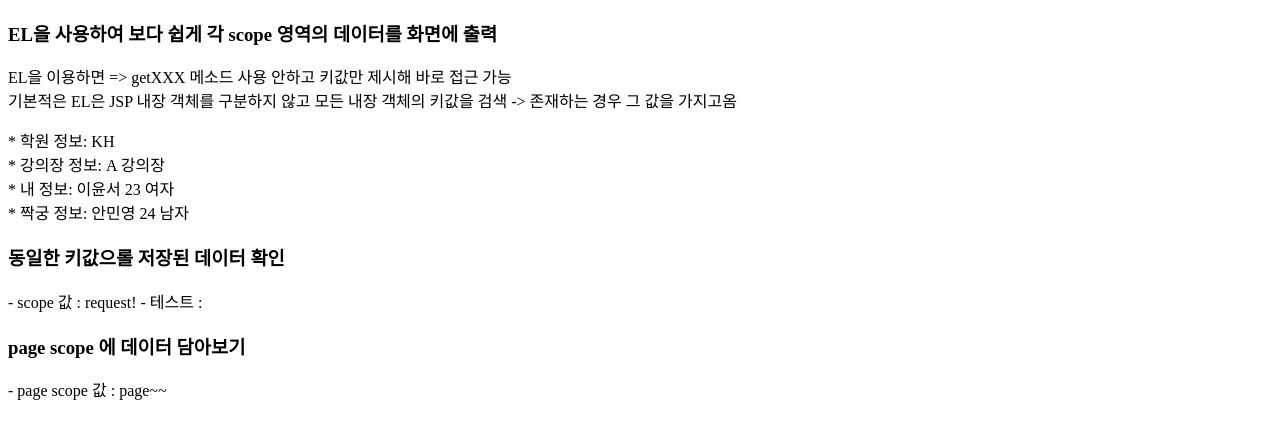
Repository: yoonseo0832/workspace
Page: http://localhost/2_jsp/el.do
The author's editor kept a copy of each file at every save. The page is drawn from the files as they stood at one save, then again after the next save.
The browser window is 1280 px wide. The pictures show the whole page.
The page is served by Tomcat 9.

Above is the page before, as saved 2025-03-20 03:40:10.

### 05_server/2_jsp/src/main/webapp/views/2_EL/1_el.jsp
<%@ page language="java" contentType="text/html; charset=UTF-8"
    pageEncoding="UTF-8"%>
<%@ page import="model.vo.Student" %> <!-- 여러 개는 ,로 구분 -->
<!DOCTYPE html>
<html>
<head>
<meta charset="UTF-8">
<title>EL 기본 문법</title>
</head>
<body>
	<%--
	<h3>기존 방식(스크립틀릿, 표현식)으로 각 영역의 scope의 데이터를 화면에 출력</h3>
	<%
		//request scope의 데이터를 가져오기
		String classroom = (String)request.getAttribute("classroom");
		Student student = (Student)request.getAttribute("student");

		// session scope 의 데이터 가져오기
		String academy = (String)session.getAttribute("academy");
		Student std2 = (Student)session.getAttribute("student2");
	%>

	<p>
		* 학원 정보: <%=academy %><br>
		* 강의장 정보:  <%=classroom %><br>
		* 내 정보: <%=std2.getName() %>, <%=std2.getAge() %>, <%=std2.getGender() %><br>
		* 짝궁 정보: <%=student %><br>
	</p>
	--%>
	<h3>EL을 사용하여 보다 쉽게 각 scope 영역의 데이터를 화면에 출력</h3>
	<p>
		EL을 이용하면 => getXXX 메소드 사용 안하고 키값만 제시해 바로 접근 가능<br>
		기본적은 EL은 JSP 내장 객체를 구분하지 않고 모든 내장 객체의 키값을 검색 -> 존재하는 경우 그 값을 가지고옴
	</p>
	<p>
		* 학원 정보: ${ academy }<br>
		* 강의장 정보:  ${ classroom }<br>
		* 내 정보:	${ student2.name } ${ student2.age } ${ student2.gender }<br>
		* 짝궁 정보:	${ student.name } ${ student.age } ${ student.gender }
	</p>
	<h3>동일한 키값으롤 저장된 데이터 확인</h3>
	- scope 값 : ${scope}
	<!--
		EL 에서는 동일한 키값으로 저장된 데이터가 있는 경우
			- 공유 범위가 가장 작은 scope부터 검색 을 함
			page > request > session > application 순서대로 검색함
	 -->
	 - 테스트 : ${test }
	 <!-- 키값이 해당하는 값이 없을 경우 빈 값으로 표시됨 -->

	 <h3>page scope 에 데이터 담아보기</h3>
	 <%
	 	pageContext.setAttribute("scope", "page~~");
	 %>
	 - page scope 값 : ${scope}
</body>
</html>

### 05_server/2_jsp/src/main/java/controller/ELServlet.java
package controller;

import java.io.IOException;

import javax.servlet.ServletContext;
import javax.servlet.ServletException;
import javax.servlet.annotation.WebServlet;
import javax.servlet.http.HttpServlet;
import javax.servlet.http.HttpServletRequest;
import javax.servlet.http.HttpServletResponse;
import javax.servlet.http.HttpSession;

import model.vo.Student;

/**
 * Servlet implementation class ELServlet
 */
@WebServlet("/el.do")
public class ELServlet extends HttpServlet {
	private static final long serialVersionUID = 1L;

    /**
     * @see HttpServlet#HttpServlet()
     */
    public ELServlet() {
        super();
        // TODO Auto-generated constructor stub
    }

	/**
	 * @see HttpServlet#doGet(HttpServletRequest request, HttpServletResponse response)
	 */
	protected void doGet(HttpServletRequest request, HttpServletResponse response) throws ServletException, IOException {
		// TODO Auto-generated method stub
		/*
		 * JSP 내장 객체 종류
		 * => 데이터를 담을 수 있는 공간
		 *
		 * 1)  ServletContext (application scope)
		 * 		: 한 어플리케이션 당 1개 존재하는 객체
		 * 		해당 영역에 데이터를 담을 경우 어플리케이션 전역에서 사용 가능
		 * 2) HttpSession (session scope)
		 * 		: 한 브라우저 당 1개 존재하는 객체
		 * 		해당 영역에 데이터를 담을 경우 jsp/servlet 단에서 사용 가능*(공유 가능 범위)
		 * 3) HttpServletRequest (request scope)
		 * 		: 요청마다 매번 생성되는 객체
		 * 		해당 영역에 데이터를 담을 경우 request 객체를 포워딩 받는 응답 jsp에서만 사용 가능
		 * 4) PageContext (page scope)
		 * 		:  jsp 마다 존재하는 객체
		 * 		해당 페이지에서만 사용 가능
		 * ---------------------------------------------------------------------
		 * 위의 4개의 객체들에
		 * 		데이터를 담을 때 xxx.setAttribute("키값", "데이터");
		 * 		데이터를 꺼낼 때 xxx.getAttribute("키값");
		 * 		데이터를 지울 때 xxx.removeAttribute("키값");
		 */

		// request scope 에 데이터 담기
		request.setAttribute("classroom", "A 강의장");
		request.setAttribute("student", new Student("안민영", 24, "남자"));

		//session scope 에 데이터 담기
		HttpSession session = request.getSession();

		session.setAttribute("academy", "KH");

		session.setAttribute("student2", new Student("이윤서", 23, "여자"));

		// request, session scope에 동일한 키값으로 데이터 담기
		request.setAttribute("scope", "request!");
		session.setAttribute("scope", "session!");

		// application scope 에 데이터 담기
		ServletContext application = request.getServletContext();
		application.setAttribute("scope", "application!");

		// jsp 페이지로 응답하기
		request.getRequestDispatcher("/views/2_EL/1_el.jsp").forward(request, response);
	}

	/**
	 * @see HttpServlet#doPost(HttpServletRequest request, HttpServletResponse response)
	 */
	protected void doPost(HttpServletRequest request, HttpServletResponse response) throws ServletException, IOException {
		// TODO Auto-generated method stub
		doGet(request, response);
	}

}

### 05_server/2_jsp/src/main/java/model/vo/Student.java
package model.vo;

public class Student {
	private String name;
	private int age;
	private String gender;

	public Student() {
		super();
	}

	public Student(String name, int age, String gender) {
		this.name = name;
		this.age = age;
		this.gender = gender;
	}

	public String getName() {
		return name;
	}

	public void setName(String name) {
		this.name = name;
	}

	public int getAge() {
		return age;
	}

	public void setAge(int age) {
		this.age = age;
	}

	public String getGender() {
		return gender;
	}

	public void setGender(String gender) {
		this.gender = gender;
	}

	@Override
	public String toString() {
		return "Student [name=" + name + ", age=" + age + ", gender=" + gender + "]";
	}

}

After the next save:
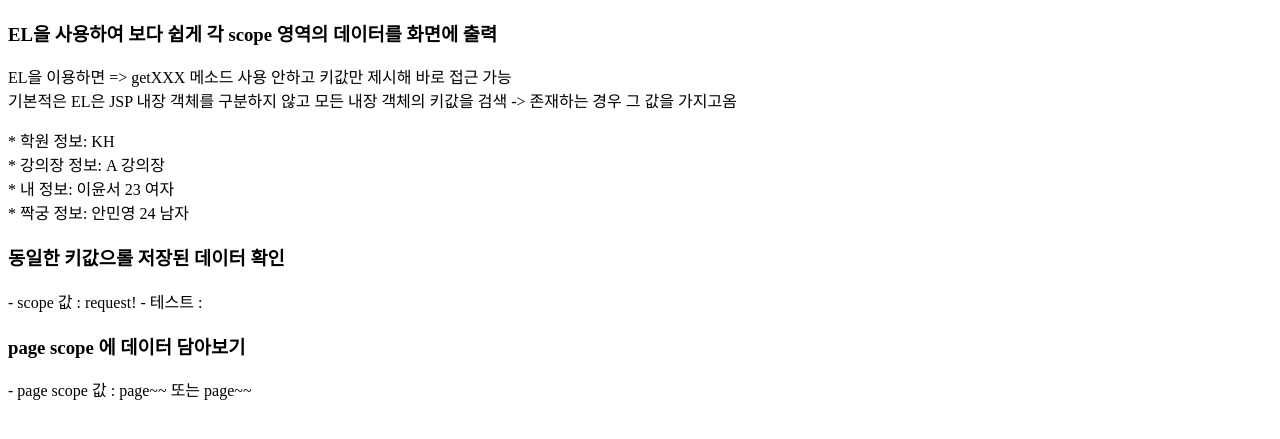
Saved 38 s later.
--- a/05_server/2_jsp/src/main/webapp/views/2_EL/1_el.jsp
+++ b/05_server/2_jsp/src/main/webapp/views/2_EL/1_el.jsp
@@ -52,6 +52,6 @@
 	 <%
 	 	pageContext.setAttribute("scope", "page~~");
 	 %>
-	 - page scope 값 : ${scope}
+	 - page scope 값 : ${scope} 또는 ${pageScope.scope }
 </body>
 </html>
